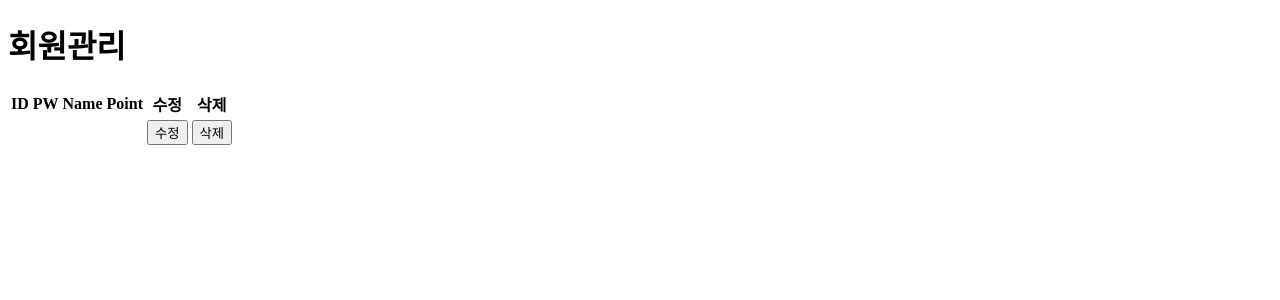
Repository: euniiee/test11
Page: http://localhost/Project/memList.jsp
These files come from the project's save history. The page is drawn as it stood at one moment and after the next save; the edit follows.
The browser window is 1280 px wide. The pictures show the whole page.
The page is served by Tomcat 9.

Above is the page before, as saved 2023-02-01 01:38:40.

After the next save:
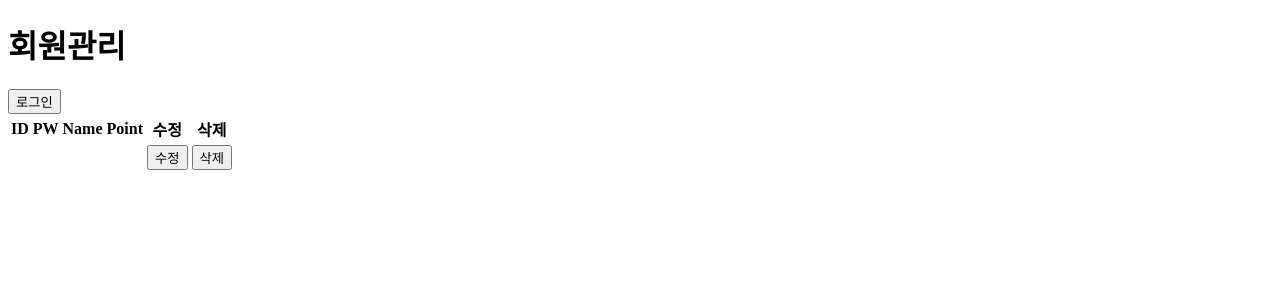
Saved 44 s later.
--- a/Project/WebContent/memList.jsp
+++ b/Project/WebContent/memList.jsp
@@ -8,6 +8,7 @@
 </head>
 <body>
 	<h1>회원관리</h1>
+	<input type="button" value="로그인">
 	<table>
 			<tr>
 				<th>ID</th>
